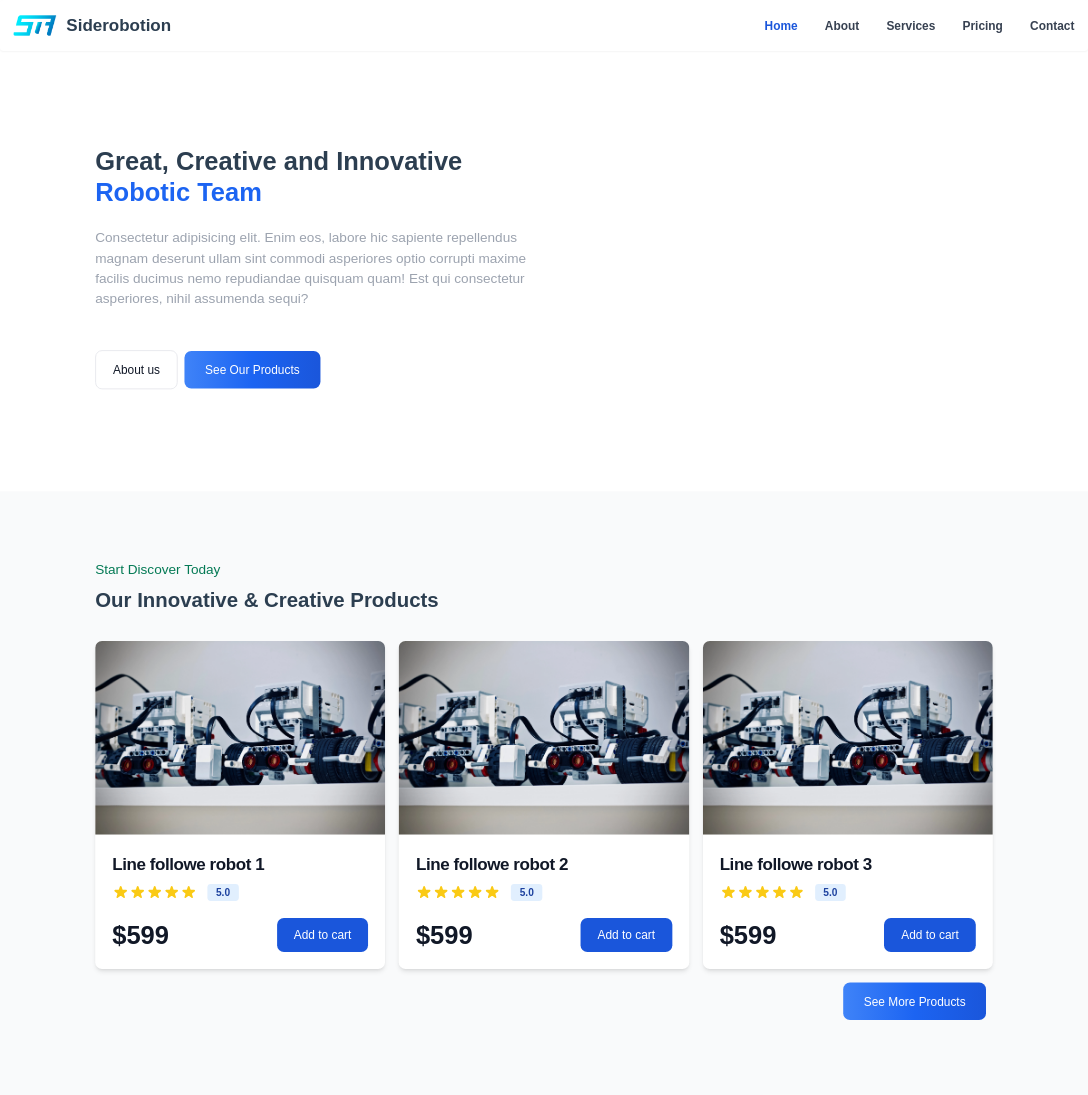
Repository: khulqu15/siderobotion
Page: /
These files come from the project's save history. The page is drawn as it stood at one moment and after the next save; the edit follows.
The browser window is 1280 px wide. The pictures show the whole page, at 85% of full size.
The project was rebuilt for these pictures with package versions that can differ from the ones it lists, and the page was loaded fresh each time. Also part of the build but not shown: vue.config.js.

Above is the page before, as saved 2022-06-12 02:52:26.

After the next save:
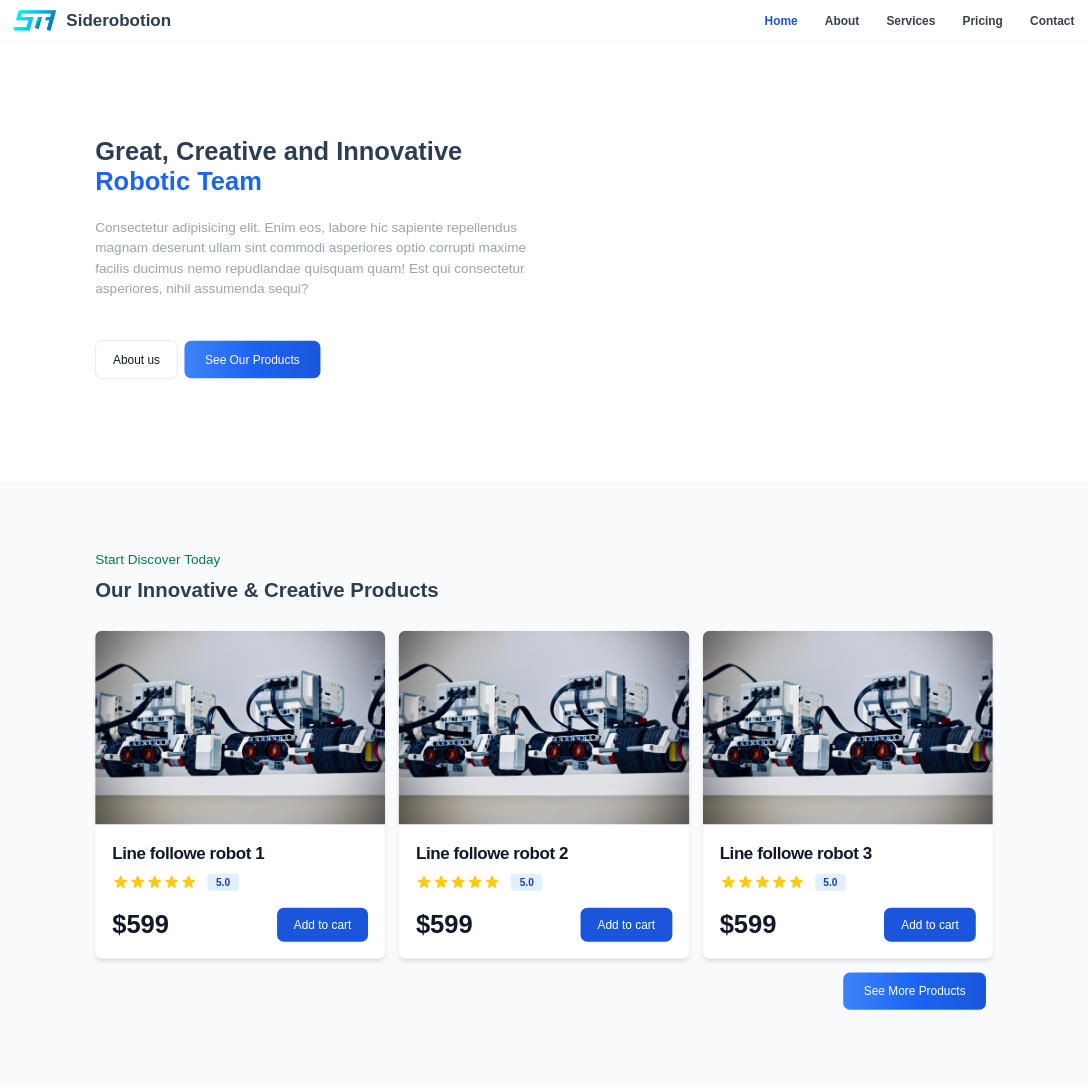
Saved 36 s later.
--- a/src/components/NavigationHeader.vue
+++ b/src/components/NavigationHeader.vue
@@ -1,6 +1,6 @@
 <template>
   <div>
-    <nav class="bg-white border-gray-200 px-2 sm:px-4 py-4 shadow-sm rounded dark:bg-gray-800">
+    <nav class="bg-white border-gray-200 px-2 sm:px-4 py-2.5 shadow-sm rounded dark:bg-gray-800">
       <div class="container flex flex-wrap justify-between items-center mx-auto">
         <a href="/" class="flex items-center">
           <img :src="require('@/assets/logo.webp')" class="mr-3 h-4 sm:h-6" alt="Siderobotion Logo">

After the save that followed:
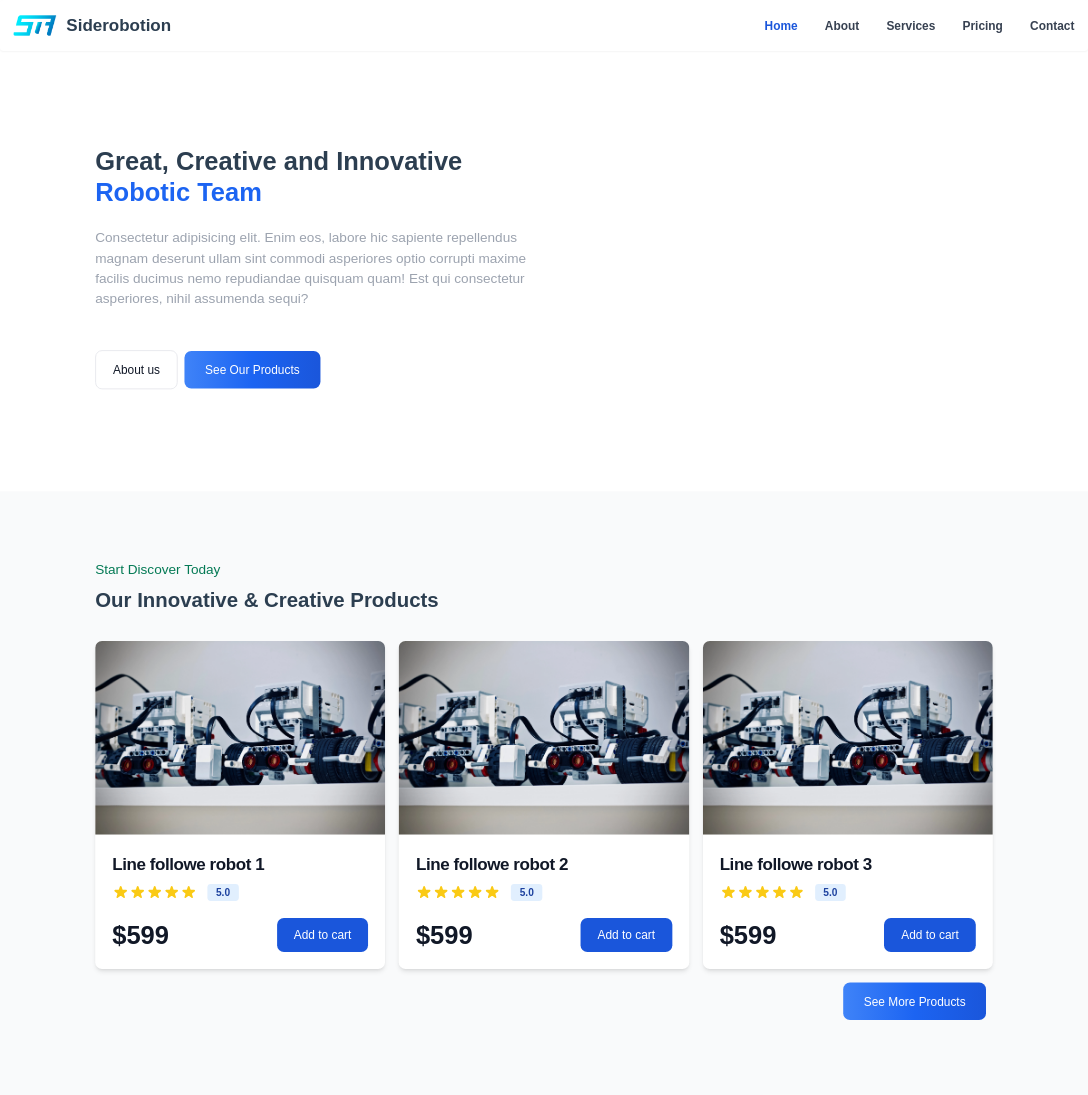
Saved 5 s later.
--- a/src/components/NavigationHeader.vue
+++ b/src/components/NavigationHeader.vue
@@ -1,6 +1,6 @@
 <template>
   <div>
-    <nav class="bg-white border-gray-200 px-2 sm:px-4 py-2.5 shadow-sm rounded dark:bg-gray-800">
+    <nav class="bg-white border-gray-200 px-2 sm:px-4 py-4 shadow-sm rounded dark:bg-gray-800">
       <div class="container flex flex-wrap justify-between items-center mx-auto">
         <a href="/" class="flex items-center">
           <img :src="require('@/assets/logo.webp')" class="mr-3 h-4 sm:h-6" alt="Siderobotion Logo">
